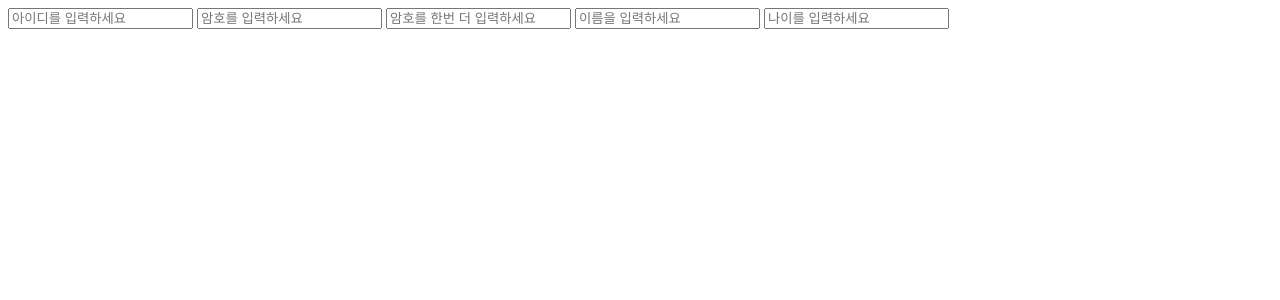
Repository: BangHoJung/jsp
Page: http://localhost/BoardProject_0105__/member/register.jsp
An editor plug-in stored every save of this project. The page is shown before and after the next save, followed by the edit.
The browser window is 1280 px wide. The pictures show the whole page.
The page is served by Tomcat 9.

Above is the page before, as saved 2020-12-29 07:39:49.

After the next save:
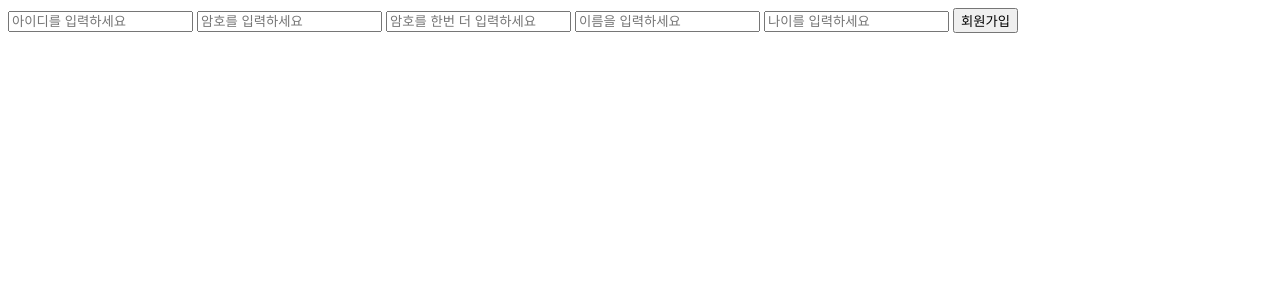
Saved 21 s later.
--- a/BoardProject(0105~)/WebContent/member/register.jsp
+++ b/BoardProject(0105~)/WebContent/member/register.jsp
@@ -15,6 +15,7 @@
 			<input type="password" name="pass2" id="pass2" placeholder="암호를 한번 더 입력하세요">
 			<input type="text" name="name" id="name" placeholder="이름을 입력하세요">
 			<input type="text" name="age" id="age" placeholder="나이를 입력하세요">
+			<button>회원가입</button>
 		</form>
 	</div>
 </body>
